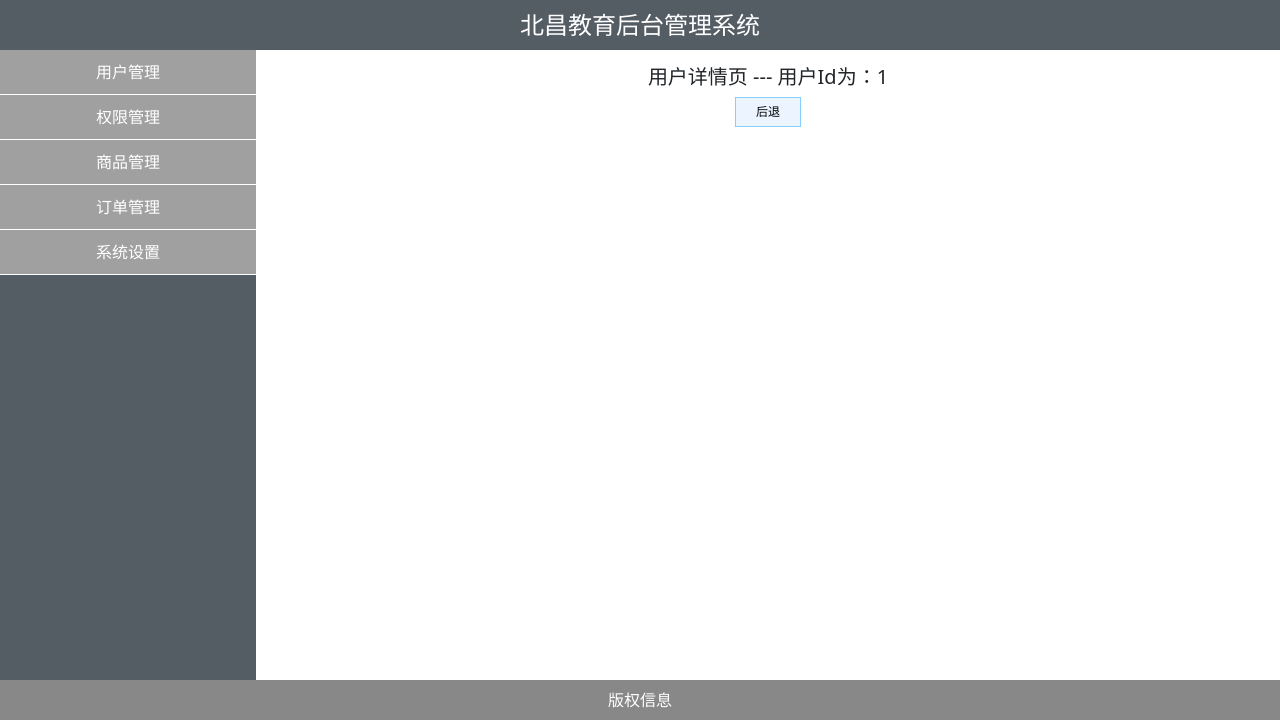
Repository: xiaosi0707/2212-v2
Page: /#/userinfo
An editor plug-in stored every save of this project. The page is shown before and after the next save, followed by the edit.
The browser window is 1280 px wide. The pictures show the whole page.
The project was rebuilt for these pictures with package versions that can differ from the ones it lists, and the page was loaded fresh each time. Also part of the build but not shown: vue.config.js, src/components/houtai/users.vue, src/components/houtai/rights.vue.

Above is the page before, as saved 2023-11-01 15:21:40.

After the next save:
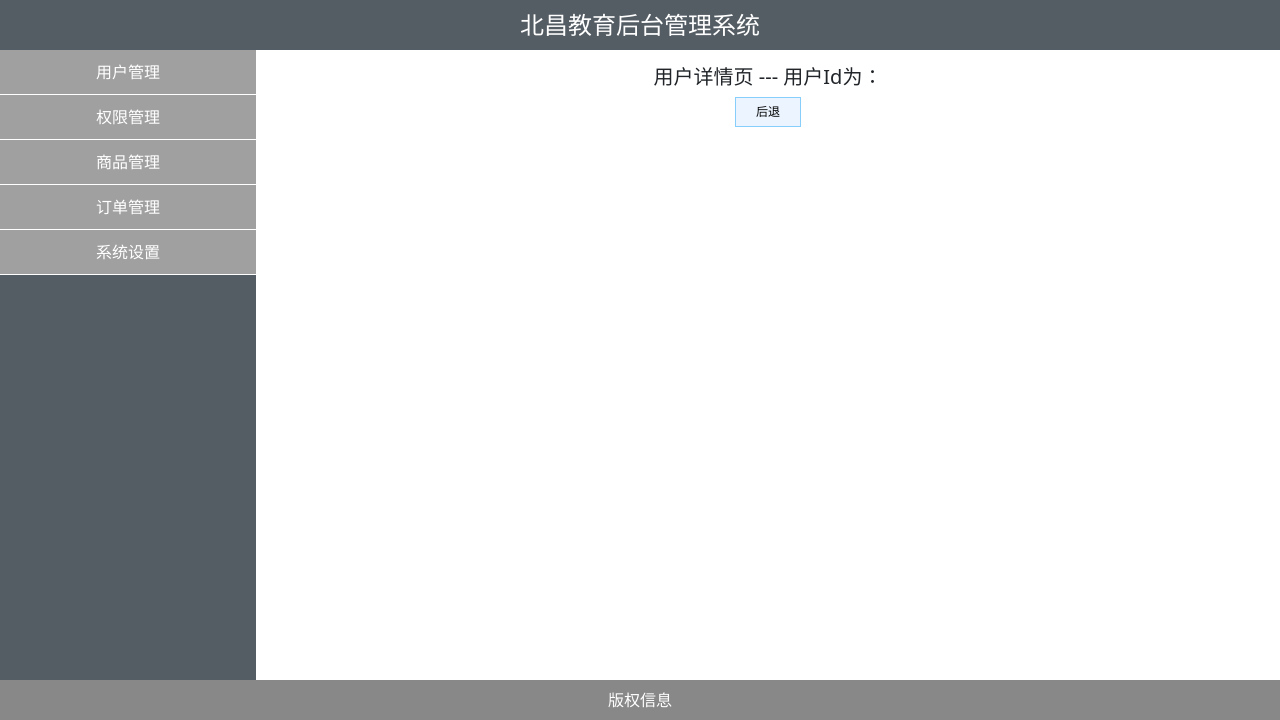
Saved 5 s later.
--- a/src/components/houtai/user-info.vue
+++ b/src/components/houtai/user-info.vue
@@ -1,7 +1,7 @@
 <!-- components/userinfo.vue -->
 <template>
   <div>
-    <h5>用户详情页 --- 用户Id为：1</h5>
+    <h5>用户详情页 --- 用户Id为：{{ userId }}</h5>
     <button @click="goBack">后退</button>
   </div>
 </template>
